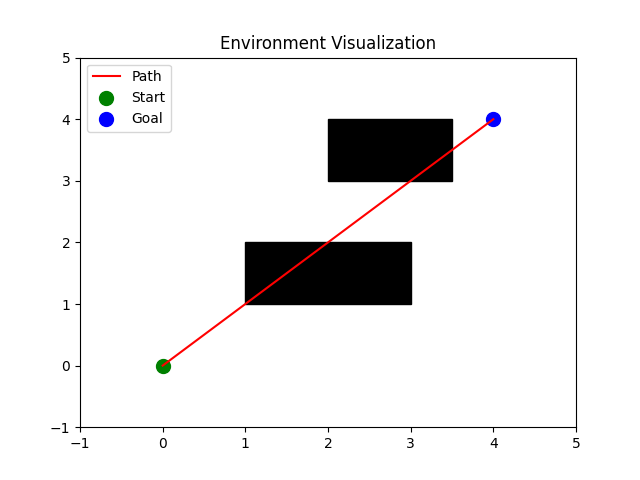
Repository: JLCucumber/comp0244-go2
Script's output: python src/cw1_team_2/test_map.py
These files come from the project's save history. The script's output is drawn as it stood at one moment and after a run of saves; the edit follows.
Animations are shown at an early frame. Random numbers start from a fixed seed. It also reads src/cw1_team_2/cw1_team_2/environment/map.py, src/cw1_team_2/cw1_team_2/environment/object_follower.py, src/cw1_team_2/cw1_team_2/environment/obstacles.json.

Above is the script's output before, as saved 2025-02-16 00:43:39.

After the next 2 saves:
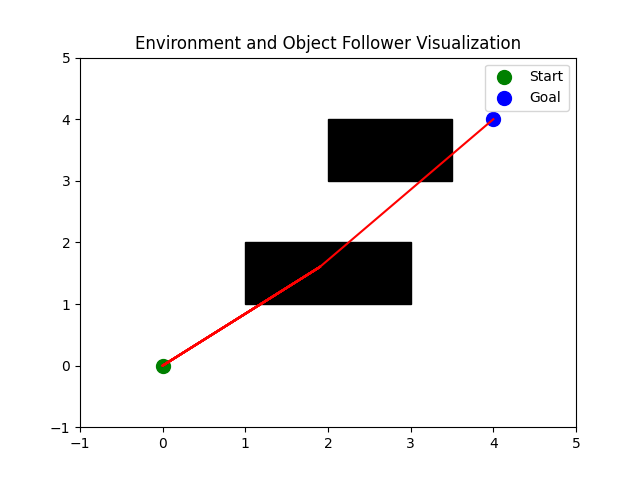
The 2 saves are shown as one change because 1 did not build or start.
The last was saved 117 s later.
--- a/src/cw1_team_2/test_map.py
+++ b/src/cw1_team_2/test_map.py
@@ -1,10 +1,57 @@
+# from cw1_team_2.environment.map import Environment
+# from cw1_team_2.utils.visualization import plot_path
+# from cw1_team_2.utils.config import CONFIG
+
+# # if __name__ == "__main__":
+# #     env = Environment(CONFIG["map_file"])
+# #     start = (0, 0)
+# #     goal = (4, 4)
+# #     path = [start, goal]  # Dummy path for visualization purposes
+# #     plot_path(env.obstacles, start, goal, path, title="Environment Visualization")
+
+import time
 from cw1_team_2.environment.map import Environment
+from cw1_team_2.environment.object_follower import ObjectFollower
 from cw1_team_2.utils.visualization import plot_path
 from cw1_team_2.utils.config import CONFIG
+import matplotlib.pyplot as plt
+import numpy as np
 
 if __name__ == "__main__":
     env = Environment(CONFIG["map_file"])
     start = (0, 0)
     goal = (4, 4)
-    path = [start, goal]  # Dummy path for visualization purposes
-    plot_path(env.obstacles, start, goal, path, title="Environment Visualization")
+    path = [start]
+
+    follower = ObjectFollower(env)
+    follower.current_pos = np.array(start)
+
+    plt.ion()  # 开启交互模式
+    fig, ax = plt.subplots()
+
+    for obs in env.obstacles:
+        ax.add_patch(plt.Rectangle((obs["x_min"], obs["y_min"]),
+                                   obs["x_max"] - obs["x_min"],
+                                   obs["y_max"] - obs["y_min"],
+                                   color="black"))
+
+    ax.scatter(*start, color="green", label="Start", s=100)
+    ax.scatter(*goal, color="blue", label="Goal", s=100)
+    plt.xlim(-1, 5)
+    plt.ylim(-1, 5)
+    plt.legend()
+    plt.title("Environment and Object Follower Visualization")
+
+    for _ in range(10):  # 假设绕障10步
+        new_pos = follower.move_around_obstacle()
+        path.append(tuple(new_pos))
+        follower.current_pos = new_pos
+
+        ax.plot([p[0] for p in path], [p[1] for p in path], "r-")
+        plt.draw()
+        plt.pause(0.5)  # 暂停0.5秒以实现实时效果
+
+    path.append(goal)  # 添加目标点到路径
+    ax.plot([p[0] for p in path], [p[1] for p in path], "r-")
+    plt.ioff()  # 关闭交互模式
+    plt.show()
